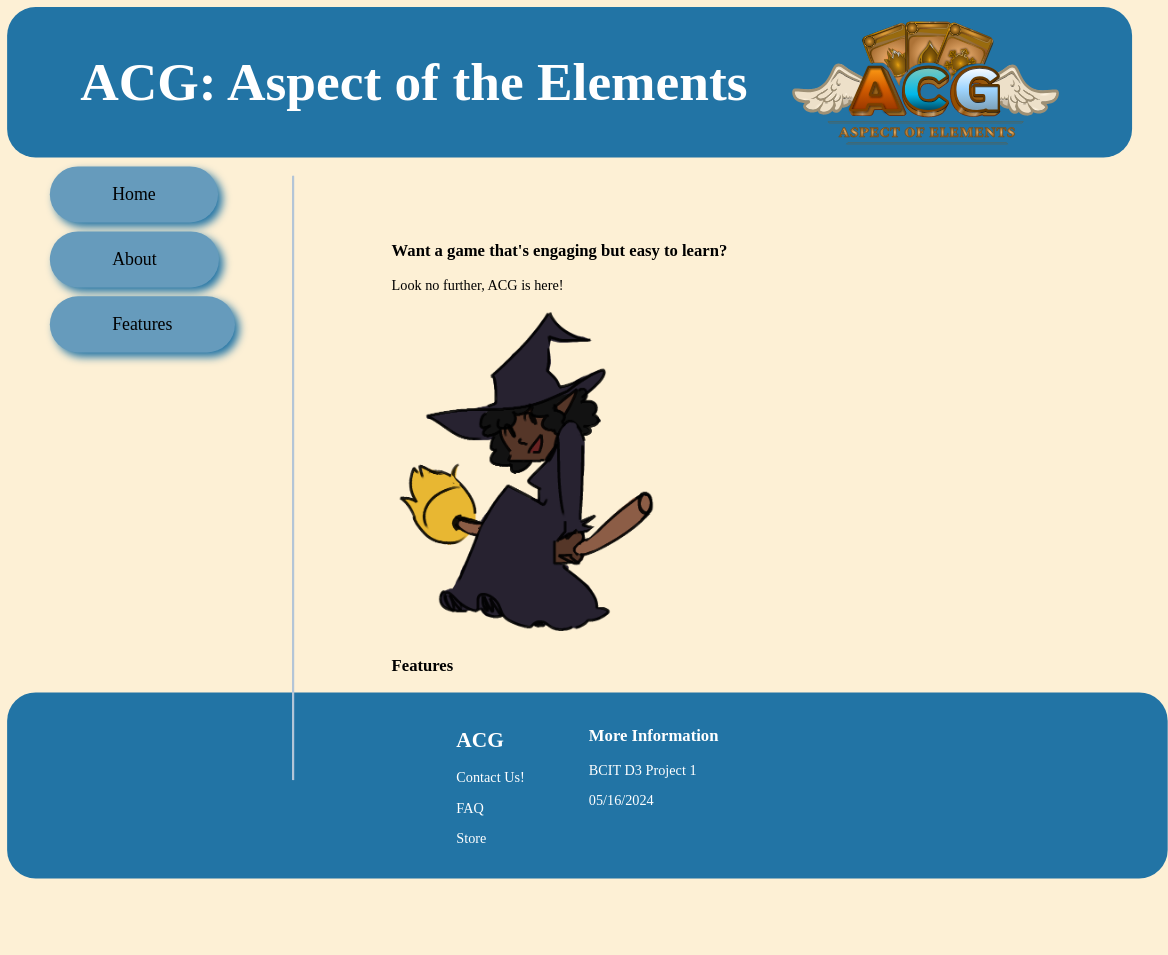
Repository: Delukalgh/ACG
Page: Features.html
An editor plug-in stored every save of this project. The page is shown before and after the next save, followed by the edit.
The browser window is 1280 px wide. The page is 1312 px wide, so the pictures cover 1312 px, including what lies to the right of the window. The pictures show the whole page, at 89% of full size.

Above is the page before, as saved 2024-05-15 15:35:16.

### Features.html
<!DOCTYPE html>
<html lang="en">

<head>
  <meta charset="UTF-8">
  <meta name="viewport" content="width=device-width, initial-scale=1.0">
  <meta http-equiv="X-UA-Compatible" content="ie=edge">
  <title>ACG Home Page</title>
  <link rel="stylesheet" href="features-style.css">
</head>

<body>
  <script src="index.js"></script>
  <div class="main-container">
    <div class="header-container">
      <h1 class="acg-header">ACG: Aspect of the Elements</h1>
      <img class="acg-logo" src="images/ACG-Logo.svg" alt="acg logo" style="width: 300px;" />
    </div>
    <div class="vertical-line"></div>

    <!--Side Menu-->
    <div class="buttons-container">
      <div class="button">
        <a class="link" href="index.html">
          <button class="about-page">Home</button>
        </a>
      </div>
    <div class="button">
      <a class="link" href="about.html">
        <button class="about-page">About</button>
      </a>
    </div>
    <div class="button">
      <a class="link" href="features.html">
        <button class="about-page">Features</button>
      </a>
    </div>
    </div>

    <!--Content-->
    <div class="features-container">
      <div class="content">
      <h3>Want a game that's engaging but easy to learn?</h3>
      <p>Look no further, ACG is here!</p>
        <img src="images/IllustrationWitchGirl.png" width="300px"/>

      <h3>Features</h3>

      </div>
    </div>

    <!--Footer-->
    <div class="footer-container">
      <div class="footer-group-1">
        <h2>ACG</h2>
        <p>Contact Us!</p>
        <p>FAQ</p>
        <p>Store</p>
      </div>

      <div class="footer-group-2">
        <h3>More Information</h3>
        <p>BCIT D3 Project 1</p>
        <p>05/16/2024</p>
      </div>
    </div>
  </div>
</body>

</html>

### features-style.css
body {
  background-color: #FDF0D5;
}

.main-container {
  position: relative;
  min-height: 100vh;
}
.header-container {
  display: flex;
  background-color: #2274A5;
  padding: 10px;
  justify-content: center;
  border-radius: 32px;
}

.acg-header {
  color: white;
  font-family: cursive;
  font-size: 60px;
}

.acg-logo {
  display: flex;
  margin-left: 50px;
}

.vertical-line {
  border-left: 3px solid #B3C5D7;
  height: 42.5em;
  position:absolute;
  margin-left: 20em;
  border-radius: 32px;
  margin-top: 20px;
}
.buttons-container {
  width: fit-content;
}
.button {
  display: flex;
  justify-content: center;
  margin-top: 10px;
  justify-content: left;
  margin-left: 3em;
}

.about-page {
  display: flex;
  background-color: #669BBC;
  padding: 20px 70px;
  border-radius: 32px;
  border: none;
  font-size: 20px;
  font-family: cursive;
  box-shadow: 5px 5px 10px #2274A5;
  cursor: pointer;
}

.link {
  text-decoration: none;
}

.footer-container {
  display: flex;
  background-color: #2274A5;
  padding: 20px;
  justify-content: center;
  border-radius: 32px;

  width: 100%;
  color: white;
  font-family: cursive;
}

.footer-group-1 {
margin-right: 10vh;
height: 100%;
}

.features-container {
  margin-left: 60vh;
  position:relative;
  margin-top: -20vh;

}

Loaded but not shown: index.js (no stored copy; drawn as an empty file)

After the next save:
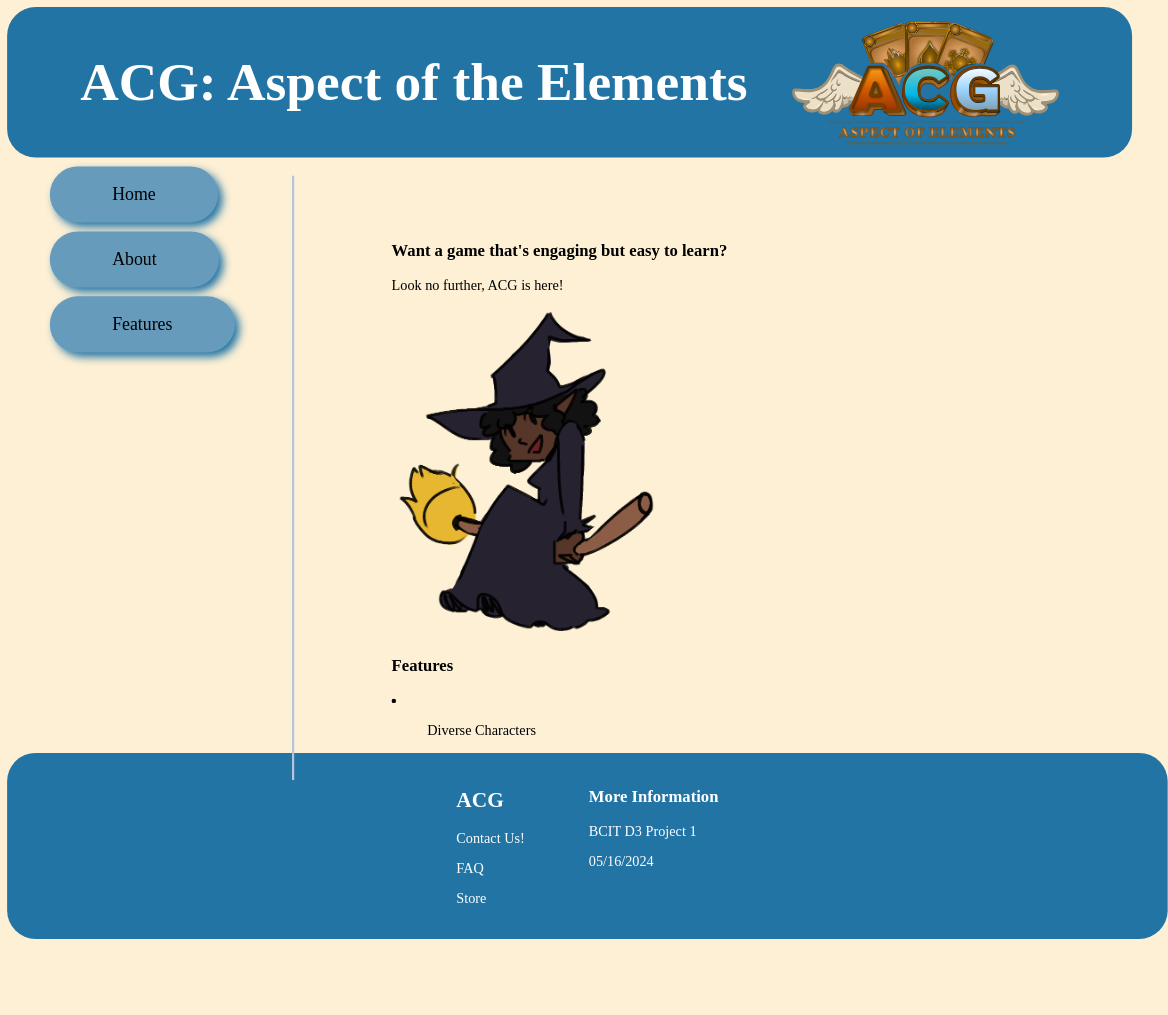
Saved 23 s later.
--- a/Features.html
+++ b/Features.html
@@ -45,7 +45,9 @@
         <img src="images/IllustrationWitchGirl.png" width="300px"/>
 
       <h3>Features</h3>
-
+        <li>
+          <ul>Diverse Characters</ul>
+        </li>
       </div>
     </div>
 
